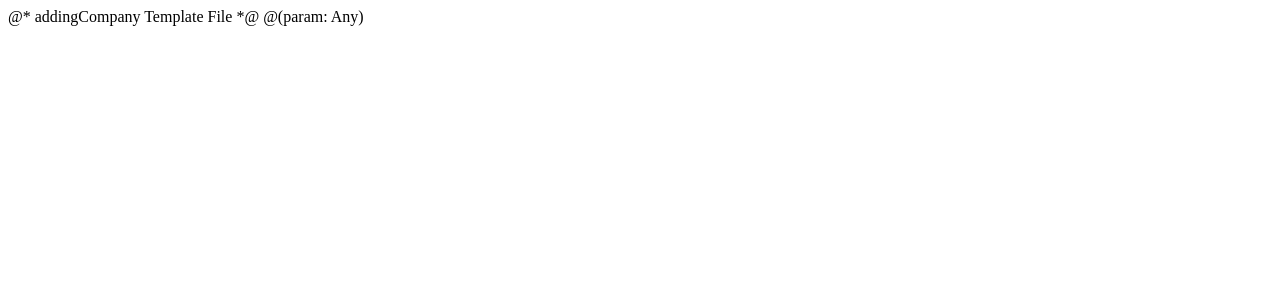
Repository: PoonamDeokar/SalesTool
Page: CrudDemo/app/views/addingCompany.scala.html
These files come from the project's save history. The page is drawn as it stood at one moment and after the next save; the edit follows.
The browser window is 1280 px wide. The pictures show the whole page.

Above is the page before, as saved 2016-09-17 05:04:44.

### CrudDemo/app/views/addingCompany.scala.html
@* addingCompany Template File *@
@(param: Any)

After the next save:
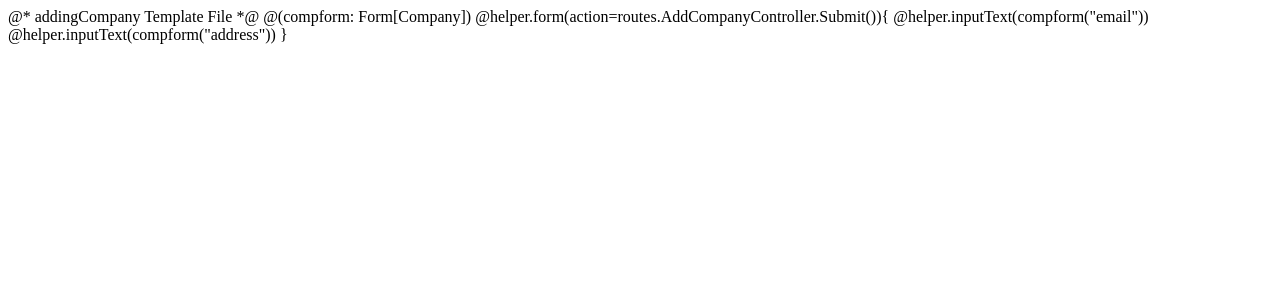
Saved 3 min 47 s later.
--- a/CrudDemo/app/views/addingCompany.scala.html
+++ b/CrudDemo/app/views/addingCompany.scala.html
@@ -1,2 +1,6 @@
 @* addingCompany Template File *@
-@(param: Any)
+@(compform: Form[Company])
+@helper.form(action=routes.AddCompanyController.Submit()){
+	@helper.inputText(compform("email"))
+	@helper.inputText(compform("address"))
+}
